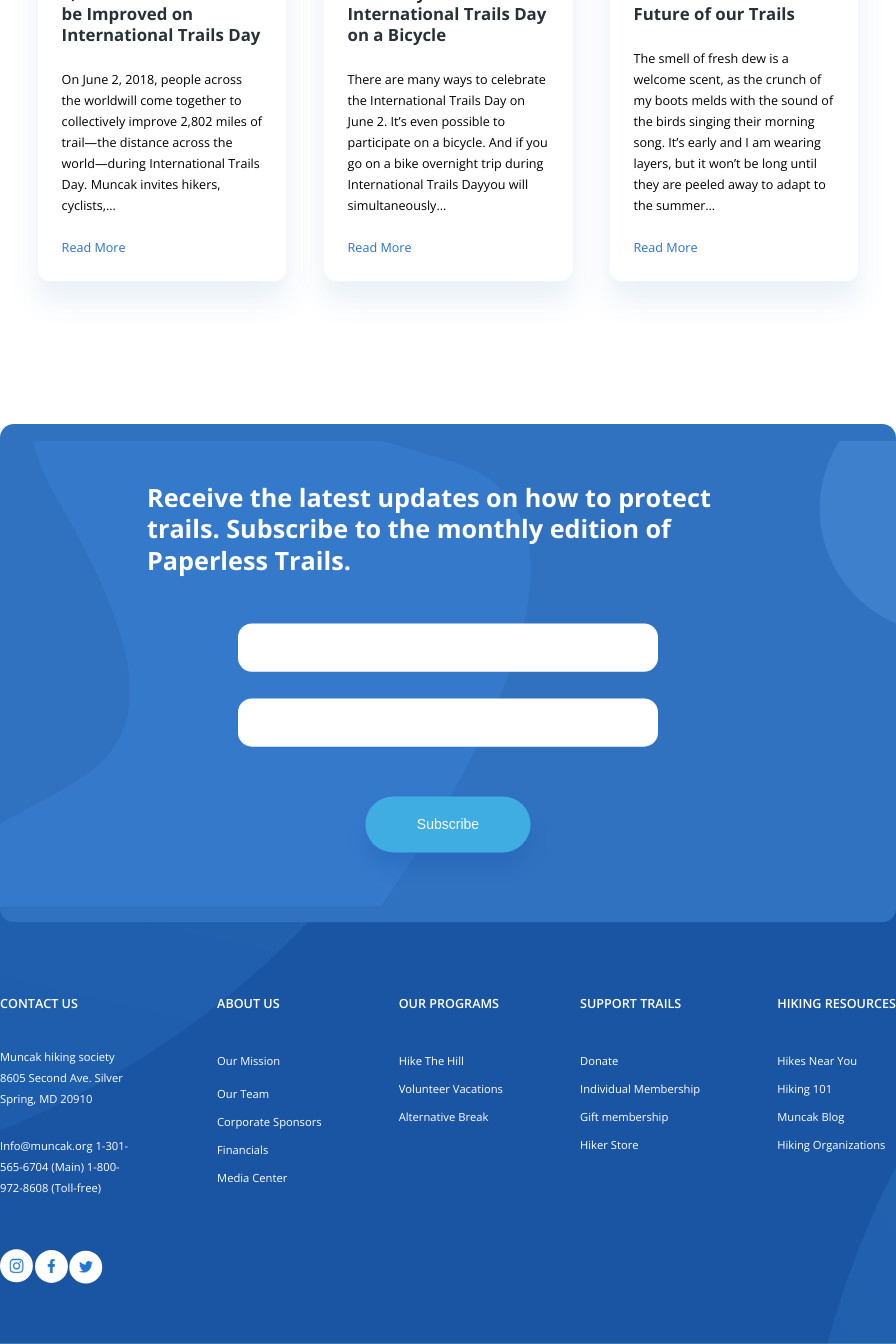
Repository: huubinh98/Project
Page: muncak/index.html
The author's editor kept a copy of each file at every save. The page is drawn from the files as they stood at one save, then again after the next save.
The browser window is 1280 px wide. The pictures show the part of the page from y = 3904 to 5824 px (the page is 5824 px tall), at 70% of full size.
The pointer rests on the first visible `.btn-contact`.

Above is the page before, as saved 2021-08-29 00:02:25.

### muncak/index.html
<!DOCTYPE html>
<html lang="en">

<head>
    <meta charset="UTF-8">
    <meta http-equiv="X-UA-Compatible" content="IE=edge">
    <meta name="viewport" content="width=device-width, initial-scale=1.0">
    <link rel="stylesheet" href="./style.css">
    <link rel="preconnect" href="https://fonts.googleapis.com">
    <link rel="preconnect" href="https://fonts.gstatic.com" crossorigin>
    <link href="https://fonts.googleapis.com/css2?family=Open+Sans:wght@300;400;600;700&display=swap" rel="stylesheet">
    <title>Muncak</title>
</head>

<body>
    <header class="header">
        <div class="container header-nav">
            <h1 class="logo"><a href="" class="logo-link"><img src="./image/Muncak.png" alt="" class="logo-img"></a>
            </h1>
            <ul class="nav-list">
                <li class="nav-item">
                    <a href="" class="nav-item-link">Home</a>
                </li>
                <li class="nav-item">
                    <a href="" class="nav-item-link">Go Hiking</a>
                </li>
                <li class="nav-item">
                    <a href="" class="nav-item-link">About</a>
                </li>
                <li class="nav-item">
                    <a href="" class="nav-item-link nav-highlight">Login</a>
                </li>
            </ul>
        </div>
        <div class="container-small">
            <h1 class="heading-banner">Lets get the top of Moutain</h1>
            <p class="heading-desc">Here is the hiking information you need to decide
                if it is right for you, and to make it more interesting,
                enjoyable, and safe.</p>
            <a href="#" class="btn c"> Get Started</a>
        </div>
    </header>
    <section class="about">
        <div class="container-small about-wrap">
            <h2 class="heading-name hearding-name-about">We envision a world where everyone
                has permanent access to a hiking trail</h2>
            <div class="about-item">
                <img src="./image/loa.png" alt="loa" class="about-img">
                <div class="about-content">
                    <h4 class="about-content-heading">Advocate</h4>
                    <p class="about-content-desc">We work with Congress, Federal agencies, and partners on policy issues
                        and legislation to ensure funding for trails, preservation of natural areas, and protection of
                        the hiking experience.</p>
                </div>
            </div>
            <div class="about-item">
                <img src="./image/bantay.png" alt="loa" class="about-img">
                <div class="about-content">
                    <h4 class="about-content-heading">Volunteer </h4>
                    <p class="about-content-desc">Trails don't maintain themselves. Individuals of any age and
                        experience level can become trail stewards. Give back to the trails you love, meet new people,
                        and enjoy the experience!</p>
                </div>
            </div>
            <div class="about-item">
                <img src="./image/nui.png" alt="loa" class="about-img">
                <div class="about-content">
                    <h4 class="about-content-heading">Explore</h4>
                    <p class="about-content-desc">Feel confident when you set out on your next trail adventure. Check
                        out our free hiking resources like tips for hiking with families, gear checklists, finding the
                        best trail for you.</p>
                </div>
            </div>
            <a href="" class="btn btn-about">Lean more</a>
        </div>
        <div class="container-small about-customer">
            <h2 class="heading-name">With the support of our members, and partners, we've improved trail access for millions of people</h2>
            <div class="customer-content">
                <p class="customer-text">We’ve Mobilized <span>558,768</span> Trail Volunteers</p>
                <p class="customer-text">We’ve Facilitated <span>41,146</span>
                    Miles of Trail Maintenance & Construction</p>
                <p class="customer-text">Volunteers Have Contributed <span>$108 Milion</span> in Volunteer Labor</p>
            </div>
        </div>
    </section>

    <!-- -----------new--------------- -->
    <section class="new">
        <div class="container-small">
            <h2 class="heading-name">Protecting Trails: Current News and Issues</h2>
            <div class="new-content">
                <div class="new-item">
                    <a href="#" class="new-item-picture">
                        <img src="./image/pic1.jpg" alt="pic1" class="new-item-img">
                    </a>
                    <div class="new-item-text">
                        <h3 class="new-item-name">2,802 Miles of Trail to be Improved on International Trails Day</h3>
                        <p class="new-item-desc">On June 2, 2018, people across the worldwill come together to
                            collectively improve 2,802 miles of trail—the distance across the world—during International
                            Trails Day. Muncak invites hikers, cyclists,…</p>
                        <a href="#" class="new-item-link">Read More</a>
                    </div>
                </div>
                <div class="new-item">
                    <a href="#" class="new-item-picture">
                        <img src="./image/pic2.jpg" alt="pic1" class="new-item-img">
                    </a>
                    <div class="new-item-text">
                        <h3 class="new-item-name">Four Ways to Celebrate International Trails Day on a Bicycle</h3>
                        <p class="new-item-desc">There are many ways to celebrate the International Trails Day on June 2. It’s even possible to participate on a bicycle. And if you go on a bike overnight trip during International Trails Dayyou will simultaneously…</p>
                        <a href="#" class="new-item-link">Read More</a>
                    </div>
                </div>
                <div class="new-item">
                    <a href="#" class="new-item-picture">
                        <img src="./image/pic3.jpg" alt="pic1" class="new-item-img">
                    </a>
                    <div class="new-item-text">
                        <h3 class="new-item-name">Millennials are the Future of our Trails</h3>
                        <p class="new-item-desc">The smell of fresh dew is a welcome scent, as the crunch of my boots melds with the sound of the birds singing their morning song. It’s early and I am wearing layers, but it won’t be long until they are peeled away to adapt to the summer…</p>
                        <a href="#" class="new-item-link">Read More</a>
                    </div>
                </div>
            </div>
        </div>
    </section>

    <div class="contact-footer">
        <div class="container form-contact">
            <h5 class="contact-heading">Receive the latest updates on how to protect trails.
                Subscribe to the monthly edition of Paperless Trails.</h5>
            <form action="">
                <input type="text" name="Name" id="" class="form-input">
                <input type="text" name="Email" id="" class="form-input">
                <button type="submit" class="btn btn-contact">Subscribe</button>
            </form>
        </div>
        <footer class="footer container">
            <div class="footer-info">
                <div class="footer-item">
                    <h4 class="footer-item-name">Contact US</h4>
                    <p class="footer-item-desc footer-desc-width">Muncak hiking society
                        8605 Second Ave.
                        Silver Spring, MD 20910</p>
                    <p class="footer-item-desc footer-desc-width">
                        <span>Info@muncak.org</span>
                        <span>1-301-565-6704 (Main)</span>
                        <span>1-800-972-8608 (Toll-free)</span>
                    </p>
                </div>
                <div class="footer-item">
                    <h4 class="footer-item-name">About us</h4>
                    <ul class="footer-item-list">
                        <li class="footer-item-contact">
                            <a href="" class="footer-item-desc">Our Mission</a>
                        </li>
                        <li>
                            <a href="" class="footer-item-desc">Our Team</a>
                        </li>
                        <li>
                            <a href="" class="footer-item-desc">Corporate Sponsors</a>
                        </li>
                        <li>
                            <a href="" class="footer-item-desc">Financials</a>
                        </li>
                        <li>
                            <a href="" class="footer-item-desc">Media Center</a>
                        </li>
                    </ul>
                </div>
                <div class="footer-item">
                    <h4 class="footer-item-name">Our Programs</h4>
                    <ul>
                        <li>
                            <a href="" class="footer-item-desc">Hike The Hill</a>
                        </li>
                        <li>
                            <a href="" class="footer-item-desc">Volunteer Vacations</a>
                        </li>
                        <li>
                            <a href="" class="footer-item-desc">Alternative Break</a>
                        </li>
                    </ul>
                </div>
                <div class="footer-item">
                    <h4 class="footer-item-name">support trails</h4>
                    <ul>
                        <li>
                            <a href="" class="footer-item-desc">Donate</a>
                        </li>
                        <li>
                            <a href="" class="footer-item-desc">Individual Membership</a>
                        </li>
                        <li>
                            <a href="" class="footer-item-desc">Gift membership</a>
                        </li>
                        <li>
                            <a href="" class="footer-item-desc">Hiker Store</a>
                        </li>
                    </ul>
                </div>
                <div class="footer-item">
                    <h4 class="footer-item-name">hiking resources</h4>
                    <ul>
                        <li>
                            <a href="" class="footer-item-desc">Hikes Near You</a>
                        </li>
                        <li>
                            <a href="" class="footer-item-desc">Hiking 101</a>
                        </li>
                        <li>
                            <a href="" class="footer-item-desc">Muncak Blog</a>
                        </li>
                        <li>
                            <a href="" class="footer-item-desc">Hiking Organizations</a>
                        </li>
                    </ul>
                </div>
            </div>
            <ul class="socical">
                <li class="socical-item">
                    <a href="" class="socical-item-link">
                        <img src="./image/instar.png" alt="" class="socical-item-img">
                    </a>
                </li>
                <li class="socical-item">
                    <a href="" class="socical-item-link">
                        <img src="./image/facebook.png" alt="" class="socical-item-img">
                    </a>
                </li>
                <li class="socical-item">
                    <a href="" class="socical-item-link">
                        <img src="./image/tiwer.png" alt="" class="socical-item-img">
                    </a>
                </li>
            </ul>
        </footer>
    </div>
</body>

</html>

### muncak/style.css
* {
    margin: 0;
    padding: 0;
    box-sizing: border-box;
}

html {
    font-size: 62.5%;
    line-height: 1.6rem;
    font-family: 'Open Sans', sans-serif;
    scroll-behavior: smooth;
}

ul, li {
    list-style: none;
}

a {
    text-decoration: none;
}

.container {
    max-width: 1404px;
    width: 100%;
    margin: 0 auto;
}

.container-small {
    max-width: 1172px;
    width: 100%;
    margin: 0 auto;
}

.btn {
    font-size: 2rem;
    line-height: 8rem;
    color: #fbfcfc;
    background-color: #2870db;
    border-radius: 40px;
    display: inline-block;
    padding: 0 66px;
    box-shadow: 0 22px 24px rgba(17, 83, 165, 0.21);
    transition: 0.25s ease;
}

.heading-name {
    font-size: 3.6rem;
    line-height: 5rem;
    text-align: center;
    margin: 0 auto;
    color: #263238;
    margin-bottom: 101px;
    max-width: 1000px;
}

.btn:hover {
    background-color: #1153a5;
}

/* ----------------------- */

.header {
    margin: 0 auto;
    max-width: 1900px;
    height: 1026px;
    background-color: white;
    background-image: url(./image/backgroudleft1.png), url(./image/Muncak-Landing-Page.png);
    background-position: left bottom, right top;
    background-repeat: no-repeat, no-repeat;
}

.header-nav {
    display: flex;
    justify-content: space-between;
    padding-top: 85px;
}

.logo{

}
.logo-link{

}
.logo-img{

}
.nav-list{

}
.nav-item{
    display: inline-block;
}
.nav-item-link{
    font-size: 1.8rem;
    font-weight: 400;
    line-height: 3.6rem;
    color: #fff;
    padding: 0 36px;
    display: inline-block;
}

.nav-highlight {
    background-color: #fff;
    color: #14215e;
    border-radius: 14px;
}

.heading-banner {
    font-size: 5rem;
    line-height: 6rem;
    color: #1c2056;
    margin-top: 144px;
    max-width: 400px;
}

.heading-desc {
    font-size: 1.8rem;
    line-height: 4rem;
    color: rgba(45, 32, 88, 0.65);
    max-width: 400px;
    margin-top: 43px;
    margin-bottom: 103px;
}

.btn-heading {
    margin-bottom: 310px;
}


/* -----------about---------------- */
.about {
    margin-top: 158px;
    margin-bottom: 98px;
    background-image: url(./image/backgroudleft2.png), url(./image/Muncak-Landing-Page2.png);
    background-repeat: no-repeat, no-repeat;
    background-position: left bottom, right center;
}

.about-wrap {
    margin-bottom: 105px;
}

.hearding-name-about {
    max-width: 700px;
}

.about-item {
    max-width: 549px;
}

.about-item:nth-child(2n + 1) {
    margin-left: auto;
    margin-top: -150px;
}

.about-item:nth-child(2n + 2) {
    margin-top: -109px;
}

.about-item:first-of-type {
    margin-top: 0;
}

.about-img {
    display: block;
    margin: 0 auto;
    margin-bottom: 63px;
}

.about-content {
    padding: 72px;
    border-radius: 18px;
    background-color: #fff;
    box-shadow: 0 27px 43px rgb(32 94 171 / 10%);
}

.about-content-heading {
    font-size: 2.4rem;
    line-height: 3.6rem;
    color: #263238;
    padding-bottom: 48px;
}

.about-content-desc {
    font-size: 1.8rem;
    line-height: 3.6rem;
    color: #546e7a;
}

.btn-about {
    float: right;
    margin-right: 163px;
    margin-top: -226px;
}

/* -----------customer-------------- */

.about-custumer {
    margin-top: 105px;
}

.customer-content {
    display: flex;
    justify-content: space-between;
}

.customer-text {
    text-align: center;
    font-size: 2.2rem;
    line-height: 2.3rem;
    color: #263238;
}

.customer-text span {
    font-size: 3.6rem;
    display: block;
    color: #1a56a3;
    font-weight: 700;
    line-height: 3.4rem;
    padding: 34px 0;
}

/* --------New-------------- */

.new {
    padding-top: 98px;
    padding-bottom: 102px;
}

.new-content {
    display: flex;
    justify-content: space-between;
}

.new-item {
    border-radius: 18px;
    box-shadow: 0 27px 43px rgb(32 94 171 / 10%);
    max-width: 355px;
    overflow: hidden;
}

.new-item-img {
    height: 222px;
    object-fit: cover;
    width: 100%;
}

.new-item-text {
    padding: 34px;
}

.new-item-name {
    font-size: 2.4rem;
    line-height: 3rem;
    color: #263238;
    padding-bottom: 33px;
}

.new-item-desc {
    font-size: 1.8rem;
    line-height: 3rem;
    padding-bottom: 30px;
}

.new-item-link {
    font-size: 1.8rem;
    line-height: 3rem;
    color: #2870db;
}


/* -----------contact-footer------------ */
.contact-footer {
    padding-top: 102px;
    background: url(./image/backgroudfooter.png) no-repeat bottom;
}

.form-contact {
    padding: 82px 210px 100px;
    background-color: #3072c0;
    background-image: url(./image/backgroudcontact.png);
    background-repeat: no-repeat;
    background-position: left;
    border-radius: 20px;
}

.contact-heading {
    font-size: 3.6rem;
    line-height: 4.5rem;
    color: #fff;
    padding-bottom: 68px;
}

.form-input {
    display: block;
    max-width: 600px;
    width: 100%;
    margin: 0 auto;
    height: 69px;
    outline: none;
    border: navajowhite;
    margin-bottom: 38px;
    border-radius: 20px;
    font-size: 2.4rem;
    line-height: 3.6rem;
    padding: 0 37px;
    color: rgba(84, 110, 122, 0.6);
}

.btn-contact {
    height: 80px;
    padding: 0 74px;
    margin: 0 auto;
    display: block;
    line-height: 4rem;
    color: #fbfcfc;
    background-color: #00aeff;
    border: none;
    outline: none;
    border-radius: 40px;
    margin-top: 71px;
}

.btn-contact:hover {
    background-color: #3fade1;
}

/* footer info */

.footer-info {
    display: flex;
    justify-content: space-between;
    margin-top: 97px;
}

.footer-item-name{
    font-size: 1.8rem;
    line-height: 3.6rem;
    color: #fff;
    font-weight: 600;
    padding-bottom: 44px;
    text-transform: uppercase;
}

.footer-item-contact {
    padding-bottom: 8px;
}

.footer-item-desc {
    font-size: 1.6rem;
    line-height: 4rem;
    color: #fff;
    padding-bottom: 4px;
}

.footer-item-desc.footer-desc-width {
    max-width: 200px;
    line-height: 3rem;
    padding-bottom: 37px;
}

.socical {
    padding-top: 36px;
    padding-bottom: 86px;
}

.socical-item {
    display: inline-block;
}

.socical-item-link {
    display: flex;
    width: 47px;
    height: 47px;
    background-color: #fff;
    border-radius: 50%;
}
.socical-item-img {
    margin: auto;
}

After the next save:
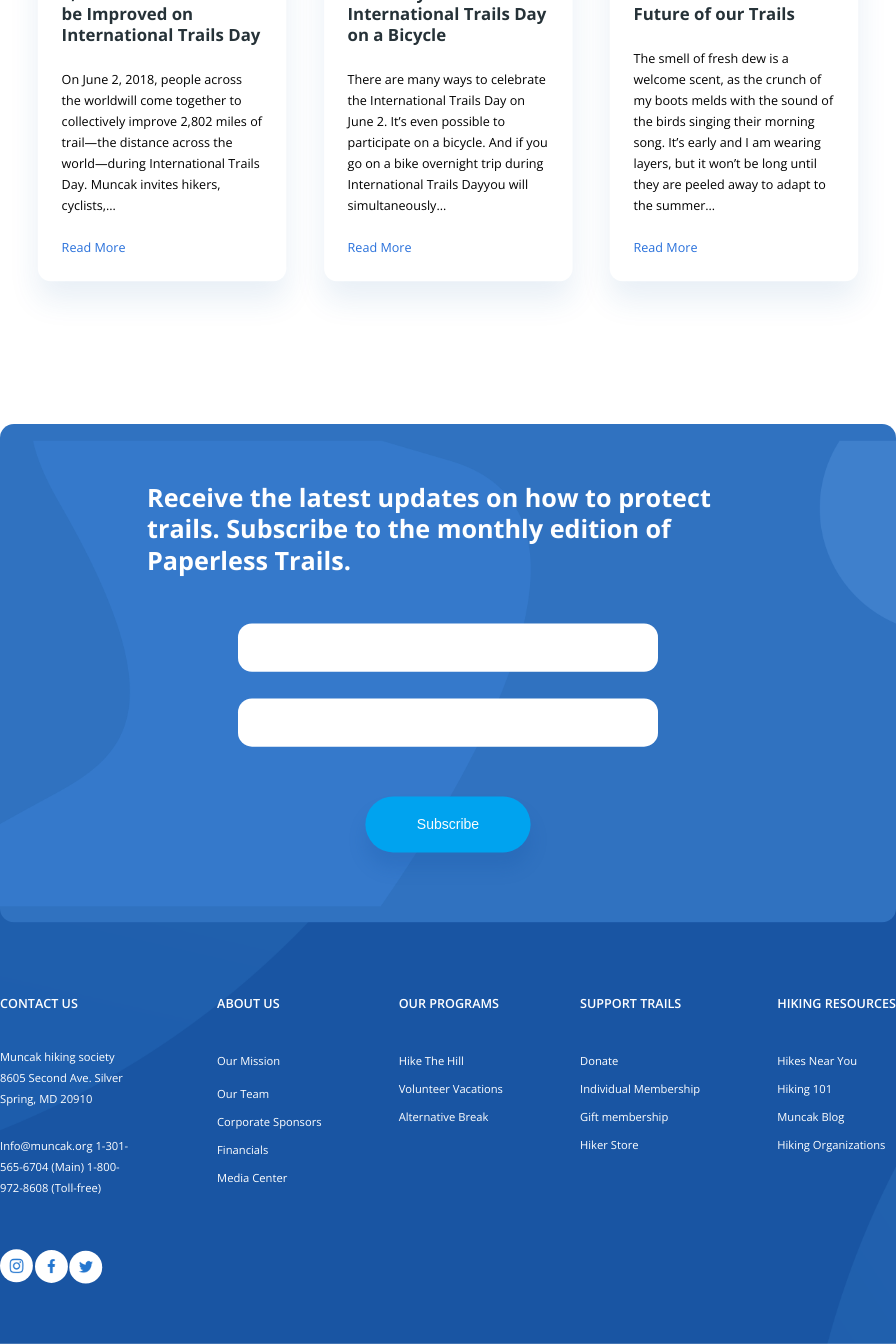
Saved 2 min 0 s later.
--- a/muncak/style.css
+++ b/muncak/style.css
@@ -322,7 +322,7 @@ a {
 }
 
 .btn-contact:hover {
-    background-color: #3fade1;
+    background-color: #00a3ef;
 }
 
 /* footer info */
